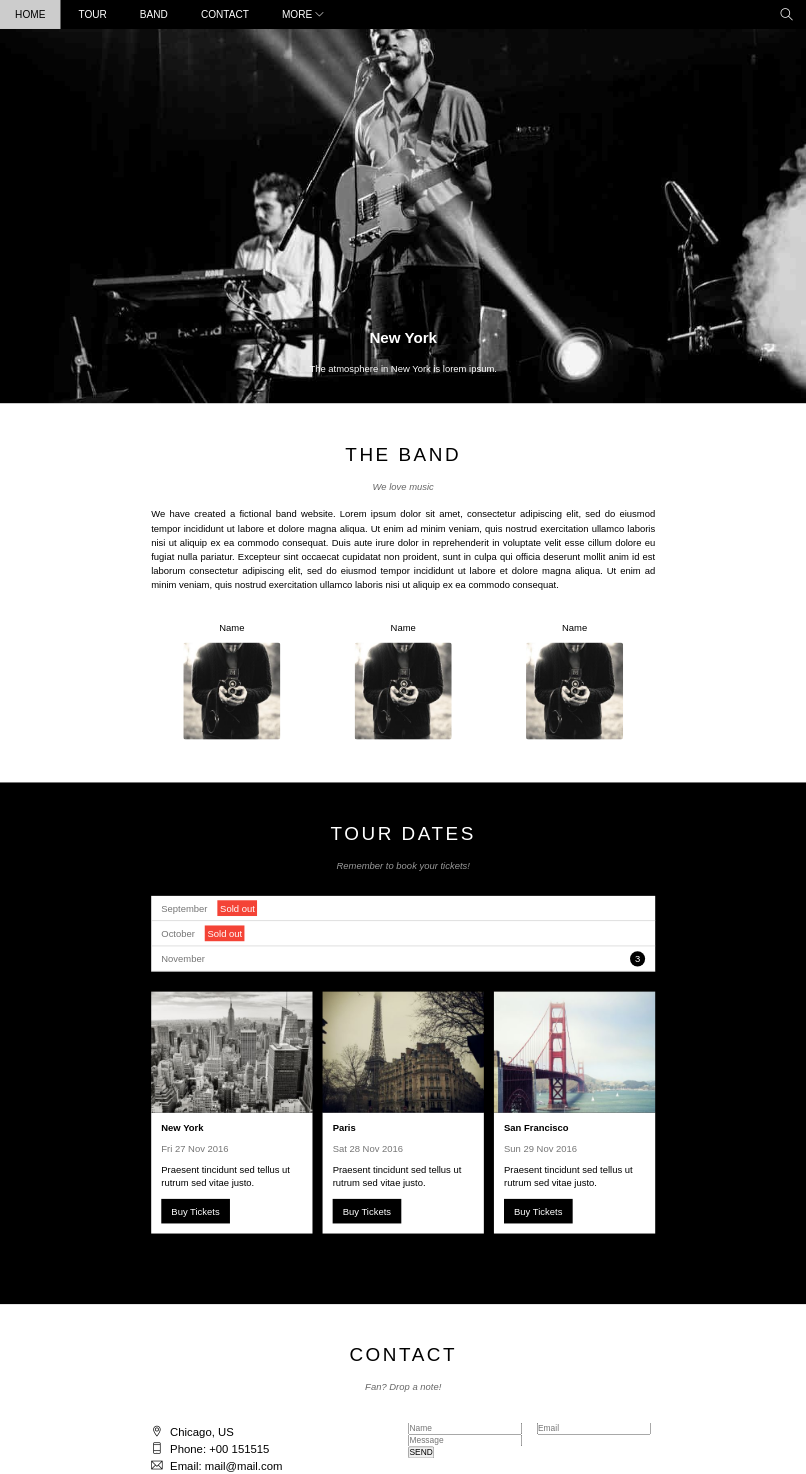
Repository: maivannhan1998/git-w3band
Page: index.html
These files come from the project's save history. The page is drawn as it stood at one moment and after the next save; the edit follows.
The browser window is 1280 px wide. The pictures show the whole page, at 63% of full size.

Above is the page before, as saved 2021-09-05 20:53:48.

### index.html
<!DOCTYPE html>
<html lang="en">
<head>
    <meta charset="UTF-8">
    <meta http-equiv="X-UA-Compatible" content="IE=edge">
    <meta name="viewport" content="width=device-width, initial-scale=1.0">
    <title>Document</title>
    <link rel="stylesheet" href="./asset/css/style.css">
    <link rel="stylesheet" href="./asset/fontss/themify-icons/themify-icons.css">
</head>
<body>
    <div id="main">
        <div id="header">
            <!-- Begin: nav -->
            <ul id="nav">
                <li><a href="">Home</a></li>
                <li><a href="">Tour</a></li>
                <li><a href="">Band</a></li>
                <li><a href="">Contact</a></li>
                <li><a href="">
                    More
                    <i class="nav-arrow-down ti-angle-down"></i>
                </a>
                    <ul class="subnav">
                        <li><a href="">Merchandise</a></li>
                        <li><a href="">Extras</a></li>
                        <li><a href="">Media</a></li>
                    </ul>
                </li>
            </ul>
            <!-- End: nav -->

            <!-- Begin: Search button -->
            <div class="search-btn">
                <i class="search-icon ti-search"></i>
            </div>
            <!-- End: Search button -->


        </div>

        <div id="slider">
            <div class="text-content">
                <h2 class="text-heading">New York</h2>
                <div class="text-des">The atmosphere in New York is lorem ipsum.</div>
            </div>
        </div>

        <div id="content">
            <!-- About section -->
            <div class="content-section">
                <h2 class="heading-section">THE BAND</h2>
                <p class="heading-sub-section">We love music</p>
                <p class="about-text">We have created a fictional band website. Lorem ipsum dolor sit amet, consectetur adipiscing elit, sed do eiusmod tempor incididunt ut labore et dolore magna aliqua. Ut enim ad minim veniam, quis nostrud exercitation ullamco laboris nisi ut aliquip ex ea commodo consequat. Duis aute irure dolor in reprehenderit in voluptate velit esse cillum dolore eu fugiat nulla pariatur. Excepteur sint occaecat cupidatat non proident, sunt in culpa qui officia deserunt mollit anim id est laborum consectetur adipiscing elit, sed do eiusmod tempor incididunt ut labore et dolore magna aliqua. Ut enim ad minim veniam, quis nostrud exercitation ullamco laboris nisi ut aliquip ex ea commodo consequat.</p>
                <div class="row members-list">
                    <div class="col col-third text-center">
                         <p class="member-name">Name</p>
                         <img src="/asset/img/band/member1.jpg" alt="Name" class="member-img">
                    </div>
                    <div class="col col-third text-center">
                        <p class="member-name">Name</p>
                        <img src="/asset/img/band/member1.jpg" alt="Name" class="member-img">
                   </div>
                   <div class="col col-third text-center">
                        <p class="member-name">Name</p>
                        <img src="/asset/img/band/member1.jpg" alt="Name" class="member-img">
                    </div>

                    <div class="clear"></div>
                </div>
            </div>

            <!--Tour section  -->
            <div class="tour-section">

                <div class="content-section">
                    <h2 class="heading-section text-white">TOUR DATES</h2>
                    <p class="heading-sub-section text-white">Remember to book your tickets!</p>
                    <ul class="tickets-list">
                        <li>September<span class="sold-out">Sold out</span></li>
                        <li>October<span class="sold-out">Sold out</span></li>
                        <li>November<span class="quanity">3</span></li>
                    </ul>

                    <!-- Plcae section -->
                    <div class="row places-list">
                        <div class="col col-third ">
                            <img src="/asset/img/places/newyork.jpg" alt="New York" class="place-img">
                            <div class="place-content">
                                <h3 class="place-heading">New York</h3>
                                <p class="place-time">Fri 27 Nov 2016</p>
                                <p class="place-des">Praesent tincidunt sed tellus ut rutrum sed vitae justo.</p>
                                <a href="#" class="place-buy-btn">Buy Tickets</a>
                            </div>
                        </div>

                        <div class=" col col-third ">
                            <img src="/asset/img/places/paris.jpg" alt="Paris" class="place-img">
                            <div class="place-content">
                                <h3 class="place-heading">Paris</h3>
                                <p class="place-time">Sat 28 Nov 2016</p>
                                <p class="place-des">Praesent tincidunt sed tellus ut rutrum sed vitae justo.</p>
                                <a href="#" class="place-buy-btn">Buy Tickets</a>
                            </div>
                        </div>

                        <div class=" col col-third ">
                            <img src="/asset/img/places/sanfran.jpg" alt="San Francisco" class="place-img">
                            <div class="place-content">
                                <h3 class="place-heading">San Francisco</h3>
                                <p class="place-time">Sun 29 Nov 2016</p>
                                <p class="place-des">Praesent tincidunt sed tellus ut rutrum sed vitae justo.</p>
                                <a href="#" class="place-buy-btn">Buy Tickets</a>
                            </div>
                        </div>
                        <div class="clear"></div>

                    </div>
                </div>


            </div>

            <!-- Contact section -->

            <div class="content-section">
                <h2 class="heading-section">CONTACT</h2>
                <p class="heading-sub-section">Fan? Drop a note!</p>


                <div class="row contact-content">
                    <div class="col col-half contact-info">
                           <p><i class="ti-location-pin"></i>Chicago, US</p>
                           <p><i class="ti-mobile"></i>Phone: +00 151515</p>
                           <p><i class="ti-email"></i>Email: mail@mail.com</p>
                    </div>
                    <div class="col col-half contact-form">
                        <form action="">
                            <div class="row">
                                   <div class="col col-half">
                                       <input type="text" name="" placeholder="Name" required  id="contact-name" class="form-control">
                                   </div>
                                   <div class="col col-half">
                                       <input type="email" name="" placeholder="Email" required id="contact-email" class="form-control">
                                   </div>
                                   <!-- <div class="clear"></div> -->
                            </div>
                            <div class="row mt-8">
                               <div class="col col-full">
                                   <input type="text" name="" placeholder="Message" id="contact-message" required class="form-control">
                               </div>
                            </div>
                            <input class="form-submit-btn mt-16" type="submit" value="SEND">

                        </form>
                    </div>
                </div>
            </div>



        </div>

        <div id="footer">
            <p class=""></p>
        </div>
    </div>
</body>
</html>

### asset/css/style.css
/* Reset CSS*/
*{
    padding: 0;
    margin: 0;
    box-sizing: border-box;
}

/* common */

.row {
    margin-left: -8px;
    margin-right: -8px;
}

.col {
    float: left;
    padding-left: 8px;
    padding-right: 8px;
}

.col-third {
    width: 33.33333%;
}

.col-half {
    width: 50%;
}

.col-full {
    width: 100%;
}

.text-center {
    text-align: center !important;
}

.clear {
    clear: both;
}

.text-white {
    color: #fff !important;
}

html{
    font-family: Arial, Helvetica, sans-serif;

}

#main{

}

#header{
    position: fixed;
    top: 0;
    left: 0;
    right: 0;
    height: 46px;
    background-color: #000;
    z-index: 1;
}

#nav {
    display: inline-block ;
}

#nav, .subnav {
    list-style-type: none;
}

#nav > li {
    display: inline-block;
}

#nav li{
    position: relative;

}

#nav > li > a {
    color: #fff;
    text-transform: uppercase;
}

#nav li a {
    padding: 0 24px;
    line-height: 46px;
    display: block;
    text-decoration: none;
}
#nav .subnav li:hover a,
#nav > li:hover > a {
    color: #000;
    background-color: #ccc;
}

#nav .subnav {
    display: none;
    position: absolute;
    top: 100%;
    left: 0;
    min-width: 160px;
    background-color: #fff;
    box-shadow: 0 0 10px rgba(0, 0, 0, 0.3);
}

#nav .subnav a {
    color: #000;
    background-color: #fff;
    padding: 0 12px;
    line-height: 38px;

}

#nav li:hover .subnav {
    display: block;
}

.nav-arrow-down {
    font-size: 14px;
}

#header .search-btn {
    float: right;
    padding: 0px 21px;

}

#header .search-btn:hover {
    cursor: pointer;
    background-color: #f44336;
}

#header .search-icon {
    color: #fff;
    font-size: 20px;
    line-height: 46px;
}

#slider{
   /* margin-top: 46px; */
   /* chỉ số % chiều ngang của chính nó (chiều cao lun bằng 1/2 chiều ngang) */
   position: relative;
   padding-top: 50%;
   background: url('/asset/img/slider/slider1.jpg') top center / cover no-repeat;
}

#slider .text-content {
    position: absolute;
    bottom: 47px;
    color: #fff;
    width: 100%;
    /* left: 50%;
   transform: translateX(-50%); */
   text-align: center;

}

#sider .text-heading {
    font-weight: 500;
    font-size: 24px;
}

#slider .text-des {
    font-size: 15px;
    margin-top: 25px;
}

#content{

}

#content .content-section {
    width: 800px;
   padding: 64px 0;
   margin-left: auto;
   margin-right: auto;

}

#content .heading-section {
    text-align: center;
    font-size: 30px;
    font-weight: 500;
    letter-spacing: 4px;
}

#content .heading-sub-section {
    text-align: center;
    font-size: 15px;
    margin-top: 25px;
    font-style: italic;
    opacity: 0.6;
}

#content .about-text {
    margin-top: 25px;
    text-align: justify;
    font-size: 15px;
    line-height: 1.5;
}

#content .members-list {
    margin-top: 48px;
}



#content .member-name {
    font-size: 15px;
}

#content .member-img {
    width: 154px;
    margin-top: 15px ;
    border-radius: 4px;

}

/* tour section */

.tour-section {
    background-color: #000;
}

.tickets-list {
    margin-top: 40px;
    list-style-type: none;
    background-color: #fff;

}

.tickets-list li {
    color: #757575;
    font-size: 15px;
    padding: 11px 16px;
    border-bottom: 1px solid #ccc;
}

.tickets-list .sold-out {
    color: #fff;
    background-color: #f44336;
    padding: 4px 4px;
    margin-left: 16px;
}

.tickets-list .quanity {
    float: right;
    color: #fff;
    background-color: #000;
    width: 24px;
    height: 24px;
    border-radius: 50%;
    text-align: center;
    margin-top: -3px;
    line-height: 24px;
}

.places-list {
    margin-top: 32px;
    margin-bottom: 48px;

}

.place-img{
    width: 100%;
    display: block;
}

.place-img:hover {
    opacity: 0.6;
}

.place-content{
background-color: #fff;
padding: 16px;
font-size: 15px;
}

.place-heading{
    font-size: 15px;
}

.place-time{
    margin-top: 15px;
    color: #757575;
}

.place-des{
    margin: 15px 0;
    line-height: 1.4;
}

.place-buy-btn{
    color: #fff;
    background-color: #000;
    text-decoration: none;
    padding: 11px 16px;
    display: inline-block;
}

.place-buy-btn:hover {
    color: #000;
    background-color: #ccc;
}

/* contact form */

.contact-content {
    margin-top: 48px;
}

.contact-info {
    font-size: 18px;
}

.contact-info i[class*="ti-"]{
    width: 30px;
    display: inline-block;
    line-height: 1.5;
}

.contact-form {
    font-size: 15px;
}

.contact-form .form-control {
    pa
}

/* Footer section */
#footer{

}

Loaded but not shown: asset/fontss/themify-icons/themify-icons.css (common file)

After the next save:
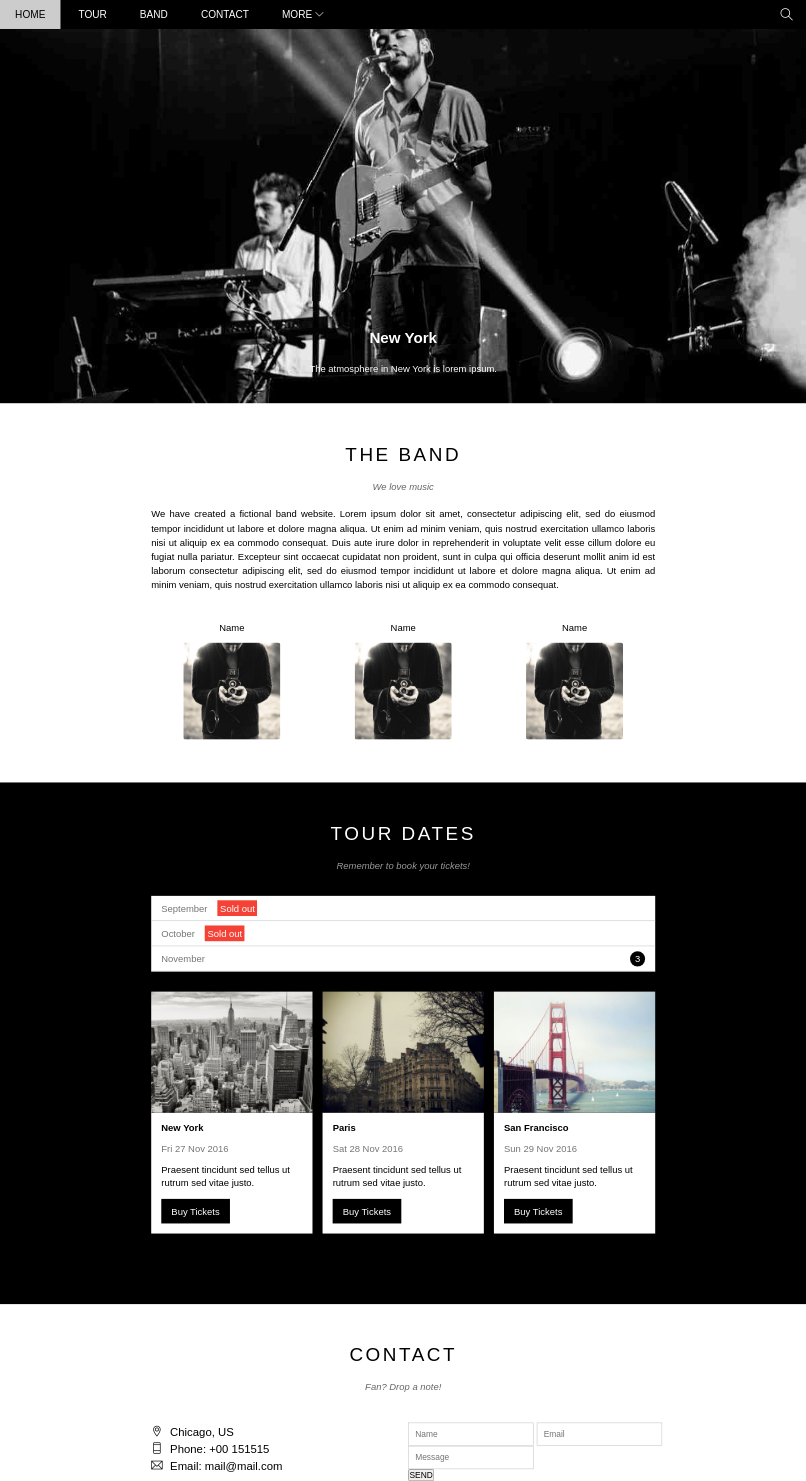
Saved 29 s later.
--- a/asset/css/style.css
+++ b/asset/css/style.css
@@ -326,7 +326,8 @@
 }
 
 .contact-form .form-control {
-    pa
+    padding: 10px;
+    border: 1px solid #ccc;
 }
 
 /* Footer section */
